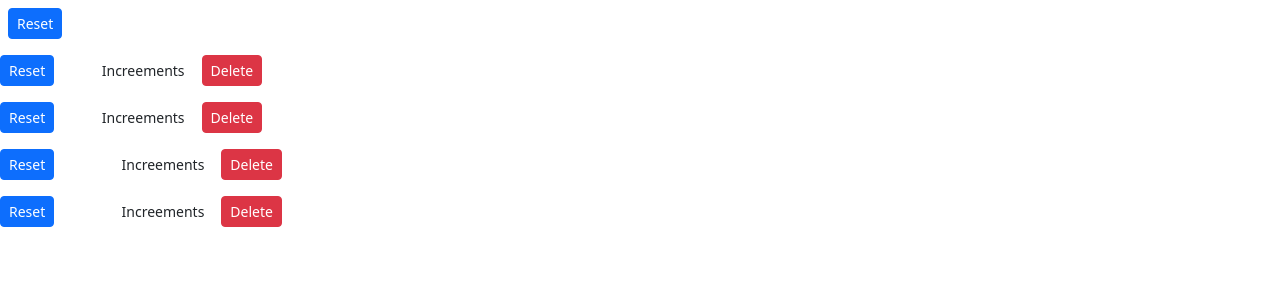
Repository: atulbihari94/counter-app
Page: / (app in counter-app/)
The author's editor kept a copy of each file at every save. The page is drawn from the files as they stood at one save, then again after the next save.
The browser window is 1280 px wide. The pictures show the whole page.
The project was rebuilt for these pictures with package versions that can differ from the ones it lists, and the page was loaded fresh each time.

Above is the page before, as saved 2019-09-27 00:57:43.

### counter-app/src/index.js
import React from 'react';
import ReactDOM from 'react-dom';
import './index.css';
// import App from './App';
import * as serviceWorker from './serviceWorker';
import 'bootstrap/dist/css/bootstrap.css' ;
import Counters from './components/counters'

ReactDOM.render(<Counters />, document.getElementById('root'));
serviceWorker.unregister();

### counter-app/src/components/counters.jsx
import React, { Component } from "react";
import Counter from "./counter";

class Counters extends Component {
  state = {
    counters: [
      { id: 1, value: 4 },
      { id: 2, value: 1 },
      { id: 3, value: 0 },
      { id: 4, value: 0 }
    ]
  };
  handleDelete = counterId => {
    // console.log("Event Handler Called", counterId);
    const counters = this.state.counters.filter(c => c.id !== counterId);
    this.setState({ counters: counters });
  };
  render() {
    return (
      <div>
        <button
          onClick={this.handleReset}
          className="btn btn-primary btn-sm m-2"
        >
          Reset
        </button>
        {this.state.counters.map(counter => (
          <Counter
            key={counter.id}
            onDelete={this.handleDelete}
            counter={counter}
          />
        ))}
      </div>
    );
  }
}

export default Counters;

### counter-app/src/components/counter.jsx
import React, { Component } from "react";
class Counter extends Component {
  state = {
    value: this.props.counter.value
  };
  handleReset = () => {
    const counters = this.state.counters.map(c => {
      c.value = 0;
      return c;
    });
    this.setState({ counters });
  };
  handleIncreement = product => {
    this.setState({ value: this.state.value + 1 });
  };
  render() {
    console.log("props", this.props);
    return (
      <div>
        <button
          onClick={this.handleReset}
          className="btn btn-primary btn-sm"
        >
          Reset
        </button>
        <span className={this.getBadgeClasses()}>{this.formatCount()}</span>
        <button
          onClick={() => this.handleIncreement()}
          className="btn btn-secondry btn-sm"
        >
          Increements
        </button>
        <button
          onClick={() => this.props.onDelete(this.props.counter.id)}
          className="btn btn-danger btn-sm m-2"
        >
          Delete
        </button>
      </div>
    );
  }
  getBadgeClasses() {
    let classes = "badge m-2 badge-";
    classes += this.state.value === 0 ? "warning" : "primary";
    return classes;
  }

  formatCount() {
    const { value: count } = this.state;
    return count === 0 ? "Zero" : count;
  }
}

export default Counter;

Loaded but not shown: counter-app/public/index.html (common file); counter-app/src/index.css (common file); counter-app/src/serviceWorker.js (common file)

After the next save:
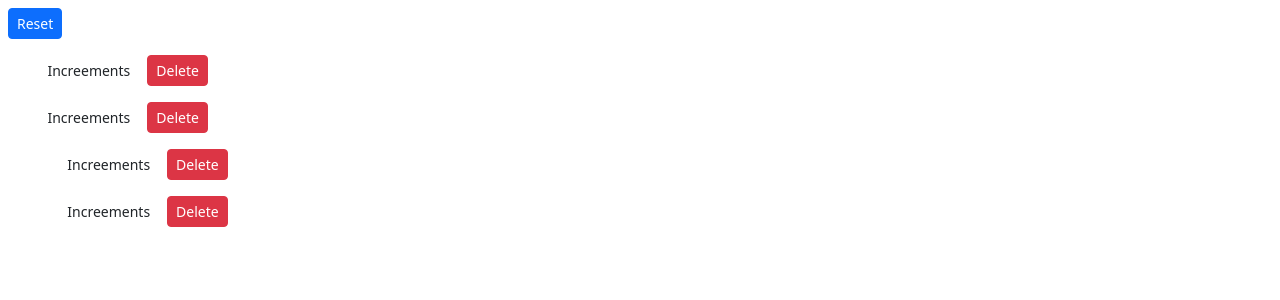
Saved 24 s later.
--- a/counter-app/src/components/counter.jsx
+++ b/counter-app/src/components/counter.jsx
@@ -2,13 +2,6 @@ import React, { Component } from "react";
 class Counter extends Component {
   state = {
     value: this.props.counter.value
-  };
-  handleReset = () => {
-    const counters = this.state.counters.map(c => {
-      c.value = 0;
-      return c;
-    });
-    this.setState({ counters });
   };
   handleIncreement = product => {
     this.setState({ value: this.state.value + 1 });
@@ -17,12 +10,6 @@ class Counter extends Component {
     console.log("props", this.props);
     return (
       <div>
-        <button
-          onClick={this.handleReset}
-          className="btn btn-primary btn-sm"
-        >
-          Reset
-        </button>
         <span className={this.getBadgeClasses()}>{this.formatCount()}</span>
         <button
           onClick={() => this.handleIncreement()}
